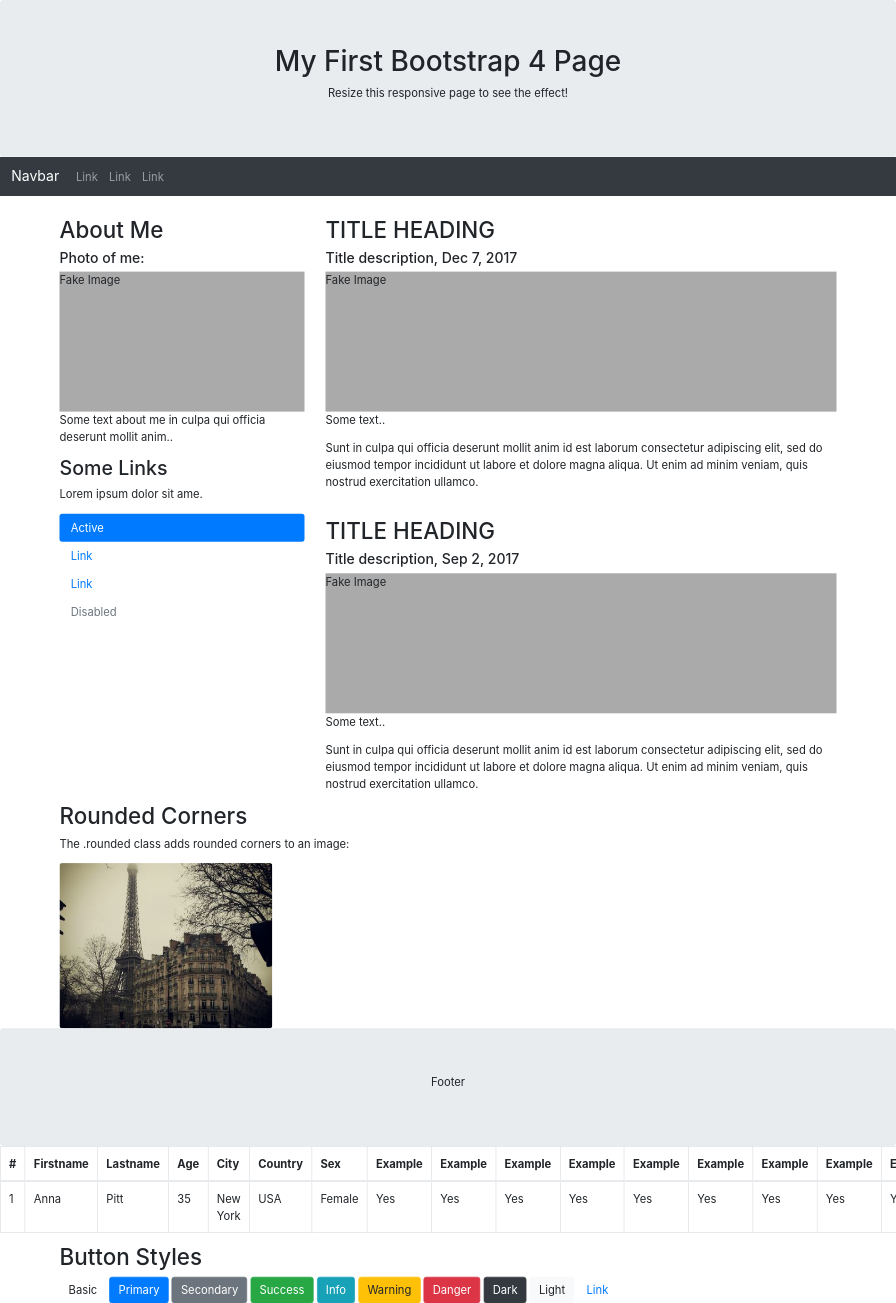
Repository: Anusha-Shilamkoti/Anusha
Page: MyFirstWebProject/WebContent/index.html
An editor plug-in stored every save of this project. The page is shown before and after the next save, followed by the edit.
The browser window is 1280 px wide. The pictures show the whole page, at 70% of full size.

Above is the page before, as saved 2020-01-18 11:51:00.

After the next save:
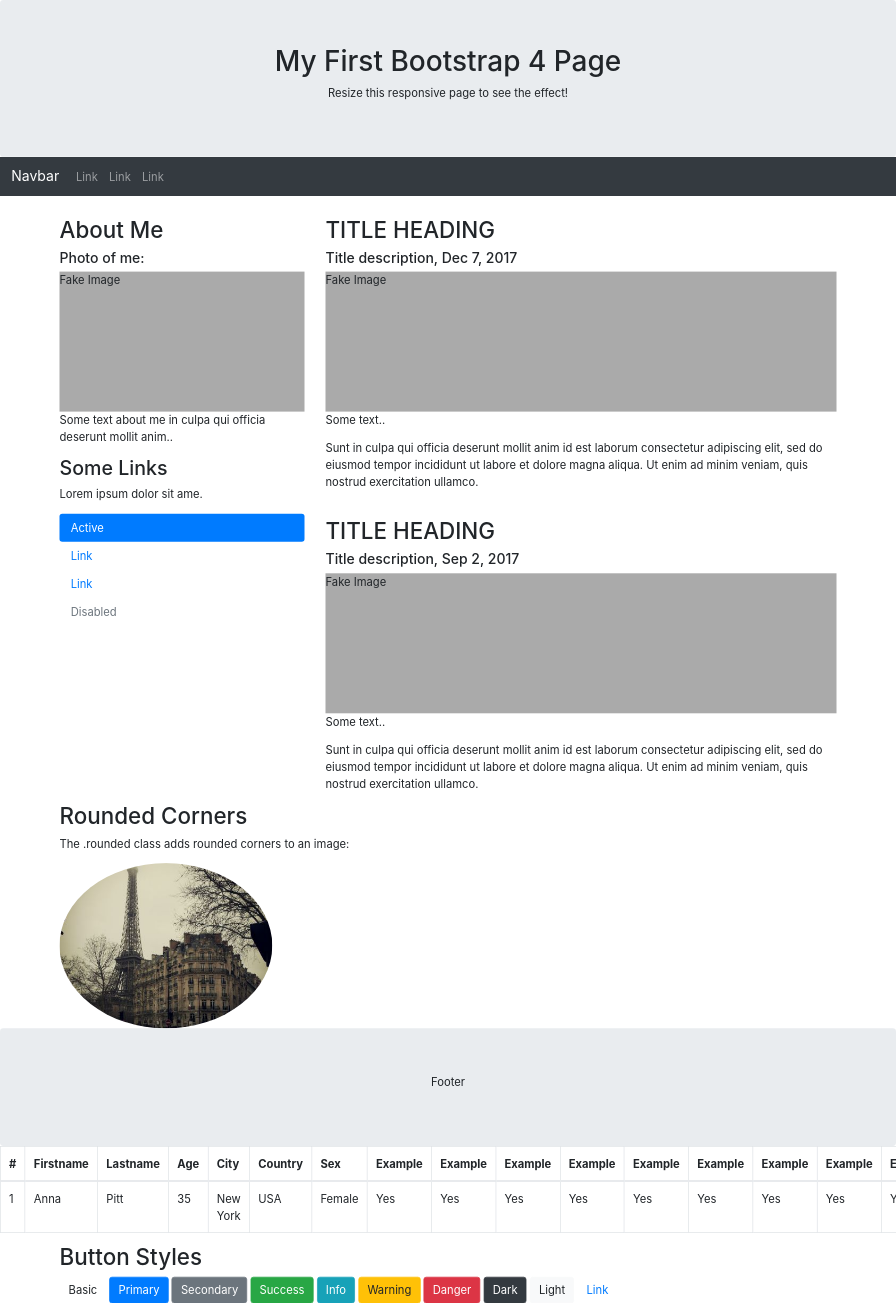
Saved 57 s later.
--- a/MyFirstWebProject/WebContent/index.html
+++ b/MyFirstWebProject/WebContent/index.html
@@ -85,7 +85,7 @@
 <div class="container">
   <h2>Rounded Corners</h2>
   <p>The .rounded class adds rounded corners to an image:</p>
-  <img src="image/paris.jpg" class="rounded" alt="Cinque Terre" width="304" height="236">
+  <img src="image/paris.jpg" class="rounded-circle" alt="Cinque Terre" width="304" height="236">
 </div>
 
 <div class="jumbotron text-center" style="margin-bottom:0">
